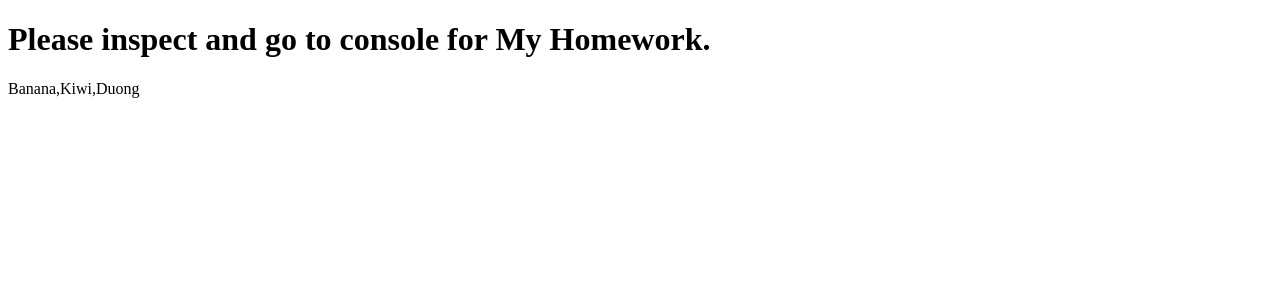
Repository: brightwhitesnow/brightwhitesnow.github.io
Page: Weba/lesson2/homeworkfiles/index.html
The author's editor kept a copy of each file at every save. The page is drawn from the files as they stood at one save, then again after a run of saves.
The browser window is 1280 px wide. The pictures show the whole page.

Above is the page before, as saved 2021-04-18 10:38:41.

### Weba/lesson2/homeworkfiles/index.html
<!DOCTYPE html>
<html lang="en">
<head>
    <meta charset="UTF-8">
    <meta http-equiv="X-UA-Compatible" content="IE=edge">
    <meta name="viewport" content="width=device-width, initial-scale=1.0">
    <title>Document</title>
</head>
<body>

<h1>Please inspect and go to console for My Homework.</h1>

<p id="demo"></p>

<script src="./script.js"></script>
</body>
</html>

### Weba/lesson2/homeworkfiles/script.js
console.log('Bài 1')

for (let b = 0; b <= 100; b = b + 7) {
    console.log(b)
}

console.log('Bài 2')

let i = 1;
let j = 1;
if (i === 1) {
    console.log('Monday')
    i++
}
if (j === 1) {
    console.log('Brush My Teeth')
    console.log('Eat')
    console.log('Go to School')
    j++
}
if (i === 2) {
    console.log('Tuesday')
    i++
}
if (j === 2) {
    console.log('Brush My Teeth')
    console.log('Eat')
    console.log('Go to School')
    j++
}
if (i === 3) {
    console.log('Wednesday')
    i++
}
if (j === 3) {
    console.log('Brush My Teeth')
    console.log('Eat')
    console.log('Go to School')
    j++
}
if (i === 4) {
    console.log('Thursday')
    i++
}
if (j === 4) {
    console.log('Brush My Teeth')
    console.log('Eat')
    console.log('Go to School')
    j++
}
if (i === 5) {
    console.log('Friday')
    i++
}
if (j === 5) {
    console.log('Brush My Teeth')
    console.log('Eat')
    console.log('Go to School')
    j++
}

console.log('Bài 3')

for (let z = 50; z <= 70; z++) {
    console.log('Hello Duong ' + z)
}

console.log('Bai 2 Again')

let bai2 = (thu, name) => {
    console.log(thu)
    console.log('Wake Up!')
    console.log('Brush My teeth')
    console.log(name + ', Eat')
}
bai2('Monday', 'Ben')
bai2('Tuesday', 'Ben')
bai2('Wednesday', 'Ben')
bai2('Thursday', 'Ben')
bai2('Friday', 'Ben')













let z = 7
let y = 5


if (y == 0) {
    console.log('Error')
}

if (z == 0) {
    console.log('Error')
}


console.log('Addition')

let a = (y, z) => {
    console.log(y + z)
}

console.log('Multiplication')

let m = (y, z) => {
    console.log(y * z)
}

console.log('Subtraction')

let s = (y, z) => {
    console.log(y - z)
}

console.log('Division')

let d = (y, z) => {
    console.log(y / z)
}





//var arr1 = ["Banana", "Apple", "Orange", "Tangerine", "Plum", "Grapefruit", "Mango"];
//arr1.slice(0)
//var myChildren = arr1.concat("Peach");
//document.getElementById("demo").innerHTML = arr1;

var fruits = ["Banana", "Orange", "Lemon", "Apple", "Mango", ];
var citrus = fruits.slice(0, 1, 2, 3, 4);
citrus.push("Kiwi");
citrus[2] = "Duong";
//array-name.pop();
document.getElementById("demo").innerHTML = citrus ;

After the next 2 saves:
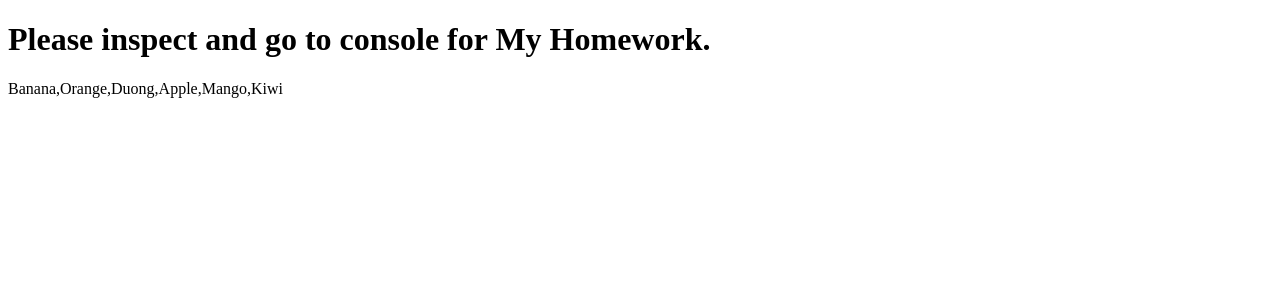
The 2 saves are shown as one change because they came seconds apart.
The last was saved 12 s later.
--- a/Weba/lesson2/homeworkfiles/script.js
+++ b/Weba/lesson2/homeworkfiles/script.js
@@ -138,7 +138,7 @@ let d = (y, z) => {
 //document.getElementById("demo").innerHTML = arr1;
 
 var fruits = ["Banana", "Orange", "Lemon", "Apple", "Mango", ];
-var citrus = fruits.slice(0, 1, 2, 3, 4);
+var citrus = fruits;
 citrus.push("Kiwi");
 citrus[2] = "Duong";
 //array-name.pop();
